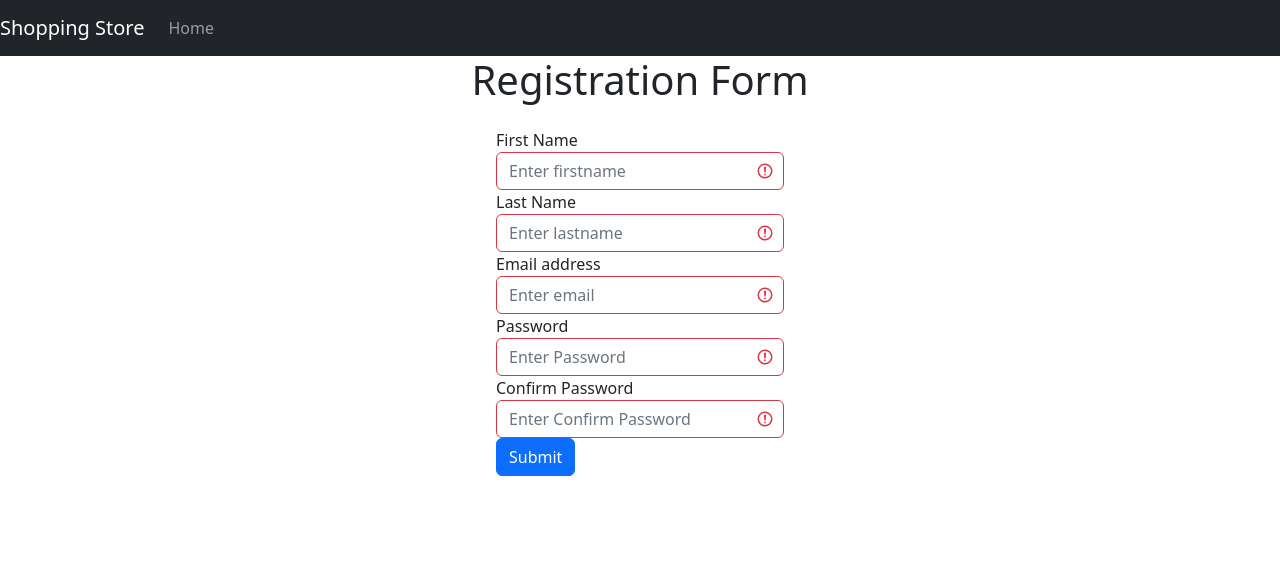
Repository: mayank-gupta0/nagarroproject
Page: http://localhost/SpringMvcServiceLayer/WEB-INF/jsp/register.jsp
The author's editor kept a copy of each file at every save. The page is drawn from the files as they stood at one save, then again after the next save.
The browser window is 1280 px wide. The pictures show the whole page.
The page is served by Tomcat 9. Nobody is signed in. The template is opened directly, without the code that normally fills it, so the values that code supplies are empty.

Above is the page before, as saved 2022-08-22 12:28:00.

After the next save:
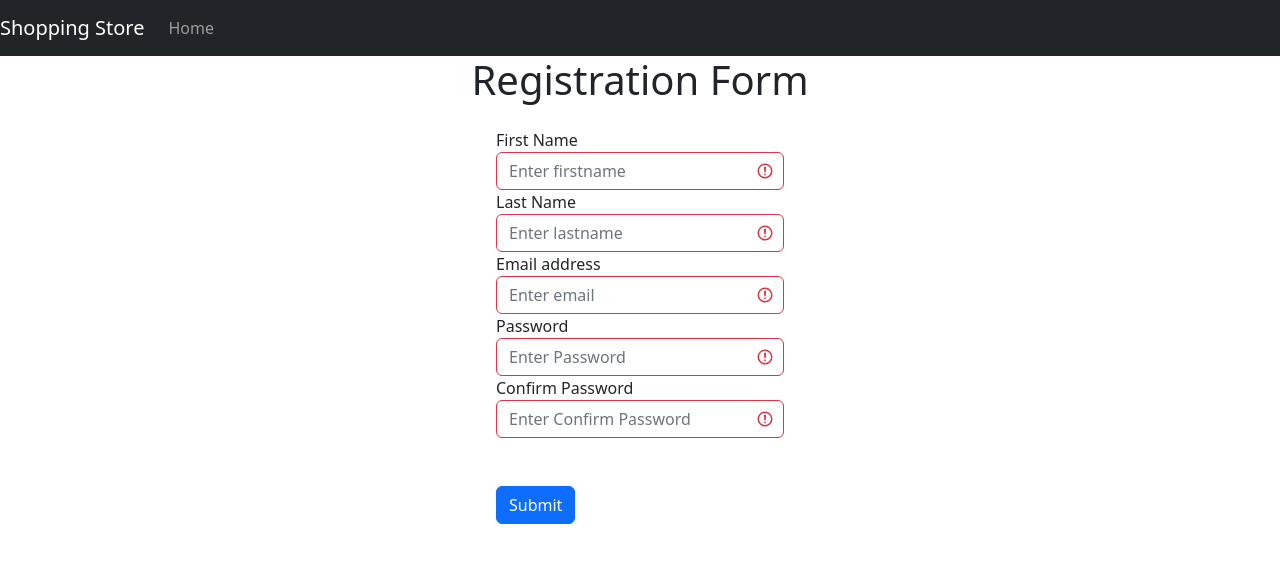
Saved 21 s later.
--- a/springmvcworkspace/SpringMvcServiceLayer/src/main/webapp/WEB-INF/jsp/register.jsp
+++ b/springmvcworkspace/SpringMvcServiceLayer/src/main/webapp/WEB-INF/jsp/register.jsp
@@ -75,7 +75,7 @@
 
 
 			</div>
-			<button type="submit" class="btn btn-primary">Submit</button>
+			<button type="submit" class="btn btn-primary my-5">Submit</button>
 		</form>
 	</div>
 </body>
